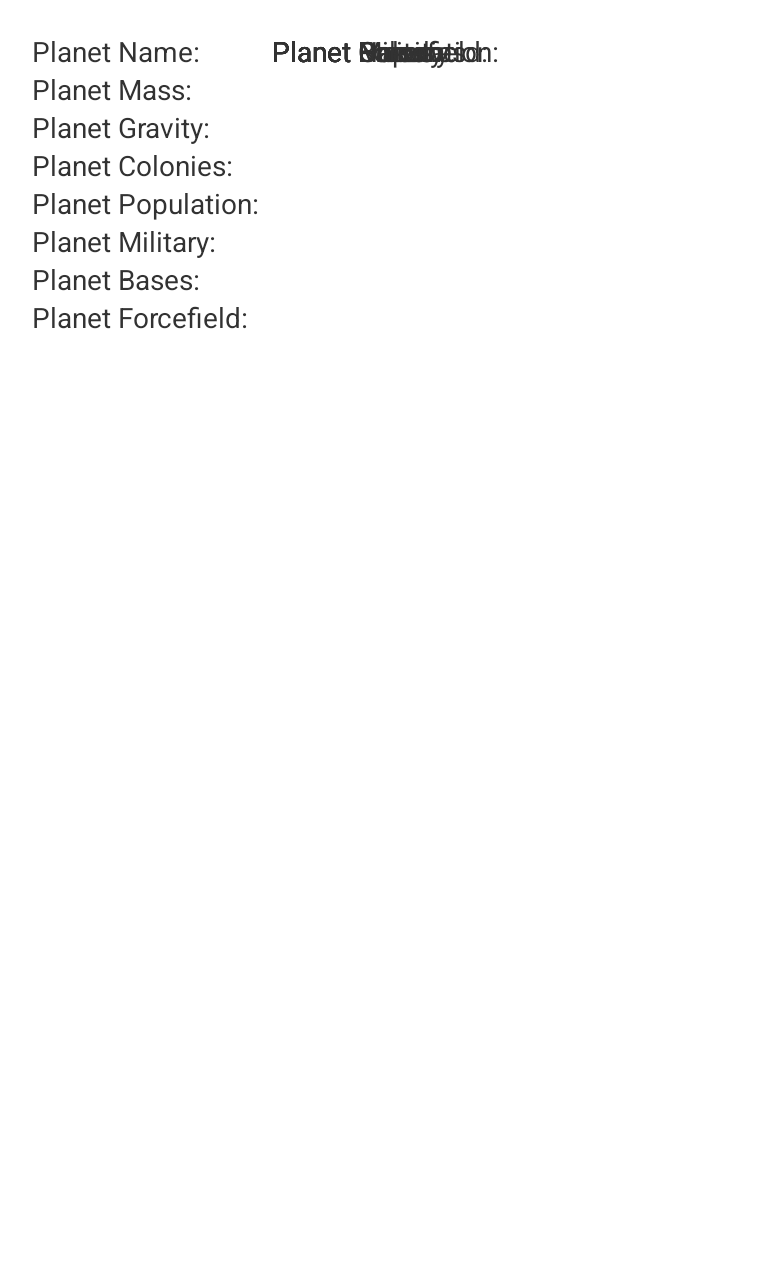
Repository: blender-head/android_basic
Layout: Hello_World/res/layout/activity_main.xml
These files come from the project's save history. The layout is drawn as it stood at one moment and after a run of saves; the edit follows.
It is drawn on a 768 x 1280 px phone screen (xhdpi) without system bars, with theme AppTheme; the app's code is not run. The app's manifest (not shown) leaves right-to-left support off. So textAlignment, textDirection and layoutDirection are ignored, and left and right values win over start and end ones.

Above is the layout before, as saved 2013-12-31 16:24:42.

### Hello_World/res/layout/activity_main.xml
<RelativeLayout xmlns:android="http://schemas.android.com/apk/res/android"
    xmlns:tools="http://schemas.android.com/tools"
    android:layout_width="match_parent"
    android:layout_height="match_parent"
    android:paddingBottom="@dimen/activity_vertical_margin"
    android:paddingLeft="@dimen/activity_horizontal_margin"
    android:paddingRight="@dimen/activity_horizontal_margin"
    android:paddingTop="@dimen/activity_vertical_margin"
    tools:context=".MainActivity" >

    <!-- Planet Name label -->
	<TextView
        android:id="@+id/textView1"
        android:layout_width="wrap_content"
        android:layout_height="wrap_content"
        android:text="@string/planet_name_label" />

	<!-- Planet Name data -->
	<TextView
        android:id="@+id/dataView1"
        android:layout_toRightOf="@+id/textView1"
        android:layout_marginLeft="36dip"
        android:layout_width="wrap_content"
        android:layout_height="wrap_content"
        android:text="@string/planet_name_label" />

	<!-- Planet Mass label -->
	<TextView
        android:id="@+id/textView2"
        android:layout_below="@+id/textView1"
        android:layout_width="wrap_content"
        android:layout_height="wrap_content"
        android:text="@string/planet_mass_label" />

	<!-- Planet Mass data -->
	<TextView
        android:id="@+id/dataView2"
        android:layout_toRightOf="@+id/textView2"
        android:layout_alignStart="@+id/dataView1"
        android:layout_alignBelow="@+id/dataView1"
        android:layout_width="wrap_content"
        android:layout_height="wrap_content"
        android:text="@string/planet_mass_label" />

	<!-- Planet Gravity label -->
	<TextView
        android:id="@+id/textView3"
        android:layout_below="@+id/textView2"
        android:layout_width="wrap_content"
        android:layout_height="wrap_content"
        android:text="@string/planet_gravity_label" />

	<!-- Planet Gravity data -->
	<TextView
        android:id="@+id/dataView3"
        android:layout_toRightOf="@+id/textView3"
        android:layout_alignStart="@+id/dataView2"
        android:layout_alignBelow="@+id/dataView2"
        android:layout_width="wrap_content"
        android:layout_height="wrap_content"
        android:text="@string/planet_gravity_label" />

	<!-- Planet Colonies label -->
	<TextView
        android:id="@+id/textView4"
        android:layout_below="@+id/textView3"
        android:layout_width="wrap_content"
        android:layout_height="wrap_content"
        android:text="@string/planet_colonies_label" />

	<!-- Planet Colonies data -->
	<TextView
        android:id="@+id/dataView4"
        android:layout_toRightOf="@+id/textView4"
        android:layout_alignStart="@+id/dataView3"
        android:layout_alignBelow="@+id/dataView3"
        android:layout_width="wrap_content"
        android:layout_height="wrap_content"
        android:text="@string/planet_colonies_label" />

	<!-- Planet Poulation label -->
	<TextView
        android:id="@+id/textView5"
        android:layout_below="@+id/textView4"
        android:layout_width="wrap_content"
        android:layout_height="wrap_content"
        android:text="@string/planet_population_label" />

	<!-- Planet Poulation data -->
	<TextView
        android:id="@+id/dataView5"
        android:layout_toRightOf="@+id/textView5"
        android:layout_alignStart="@+id/dataView4"
        android:layout_alignBelow="@+id/dataView4"
        android:layout_width="wrap_content"
        android:layout_height="wrap_content"
        android:text="@string/planet_population_label" />

	<!-- Planet Military label -->
	<TextView
        android:id="@+id/textView6"
        android:layout_below="@+id/textView5"
        android:layout_width="wrap_content"
        android:layout_height="wrap_content"
        android:text="@string/planet_military_label" />

	<!-- Planet Military data -->
	<TextView
        android:id="@+id/dataView6"
        android:layout_toRightOf="@+id/textView6"
        android:layout_alignStart="@+id/dataView5"
        android:layout_alignBelow="@+id/dataView5"
        android:layout_width="wrap_content"
        android:layout_height="wrap_content"
        android:text="@string/planet_military_label" />

	<!-- Planet Base label -->
	<TextView
        android:id="@+id/textView7"
        android:layout_below="@+id/textView6"
        android:layout_width="wrap_content"
        android:layout_height="wrap_content"
        android:text="@string/planet_bases_label" />

	<!-- Planet Base data -->
	<TextView
        android:id="@+id/dataView7"
        android:layout_toRightOf="@+id/textView7"
        android:layout_alignStart="@+id/dataView6"
        android:layout_alignBelow="@+id/dataView6"
        android:layout_width="wrap_content"
        android:layout_height="wrap_content"
        android:text="@string/planet_bases_label" />

	<!-- Planet Force Field label -->
	<TextView
        android:id="@+id/textView8"
        android:layout_below="@+id/textView7"
        android:layout_width="wrap_content"
        android:layout_height="wrap_content"
        android:text="@string/planet_forcefield_label" />

	<!-- Planet Force Field data -->
	<TextView
        android:id="@+id/dataView8"
        android:layout_toRightOf="@+id/textView8"
        android:layout_alignStart="@+id/dataView7"
        android:layout_alignBelow="@+id/dataView7"
        android:layout_width="wrap_content"
        android:layout_height="wrap_content"
        android:text="@string/planet_forcefield_label" />

</RelativeLayout>

### Hello_World/res/values/strings.xml
<?xml version="1.0" encoding="utf-8"?>
<resources>

    <string name="app_name">Hello_World</string>
    <string name="action_settings">Settings</string>
    <string name="hello_world">Hello world!</string>

    <string name="planet_name_label">Planet Name: </string>
	<string name="planet_mass_label">Planet Mass: </string>
	<string name="planet_gravity_label">Planet Gravity: </string>
	<string name="planet_colonies_label">Planet Colonies: </string>
	<string name="planet_population_label">Planet Population: </string>
	<string name="planet_military_label">Planet Military: </string>
	<string name="planet_bases_label">Planet Bases: </string>
	<string name="planet_forcefield_label">Planet Forcefield: </string>

</resources>

Loaded but not shown: Hello_World/res/values/styles.xml (common file); Hello_World/res/values-v11/styles.xml (common file); Hello_World/res/values-v14/styles.xml (common file); Hello_World/res/values/dimens.xml (common file)

After the next 3 saves:
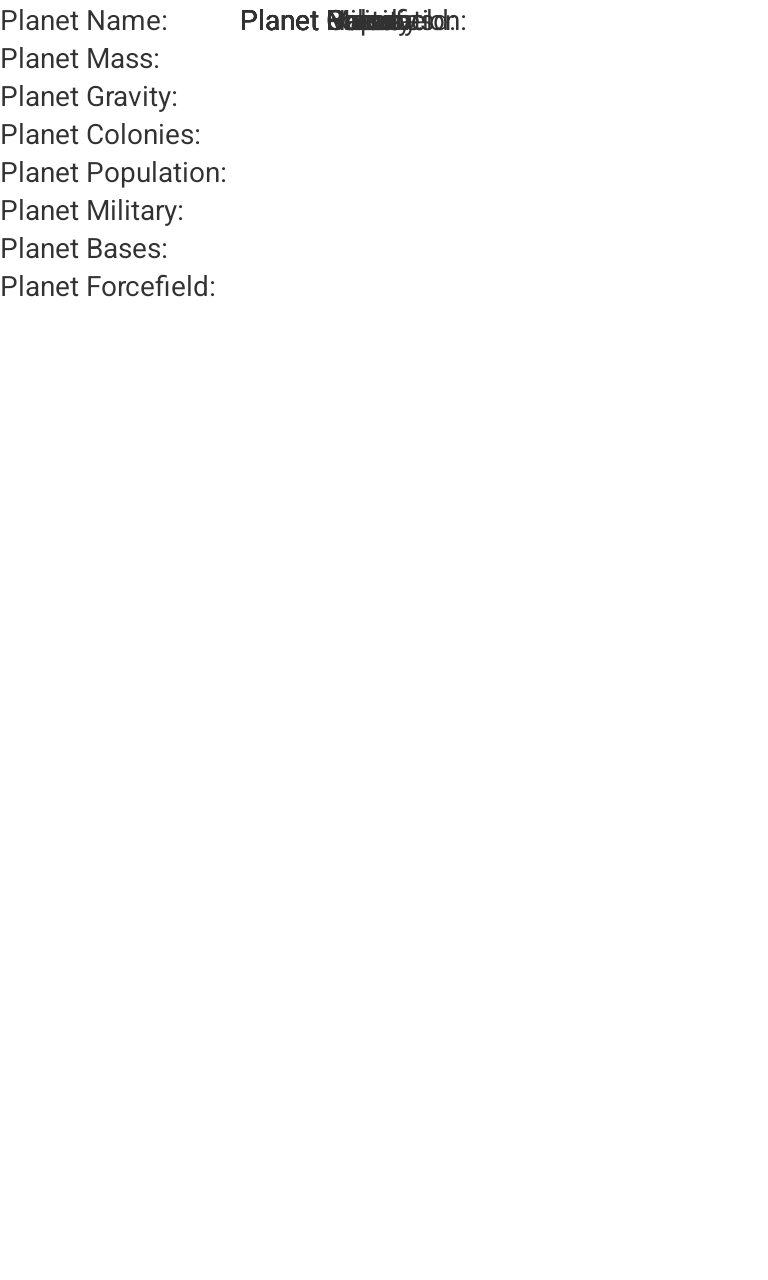
The 3 saves are shown as one change because 2 did not build or start.
The last was saved 3 min 52 s later.
--- a/Hello_World/res/layout/activity_main.xml
+++ b/Hello_World/res/layout/activity_main.xml
@@ -2,10 +2,6 @@
     xmlns:tools="http://schemas.android.com/tools"
     android:layout_width="match_parent"
     android:layout_height="match_parent"
-    android:paddingBottom="@dimen/activity_vertical_margin"
-    android:paddingLeft="@dimen/activity_horizontal_margin"
-    android:paddingRight="@dimen/activity_horizontal_margin"
-    android:paddingTop="@dimen/activity_vertical_margin"
     tools:context=".MainActivity" >
 
     <!-- Planet Name label -->
@@ -37,7 +33,6 @@
         android:id="@+id/dataView2"
         android:layout_toRightOf="@+id/textView2"
         android:layout_alignStart="@+id/dataView1"
-        android:layout_alignBelow="@+id/dataView1"
         android:layout_width="wrap_content"
         android:layout_height="wrap_content"
         android:text="@string/planet_mass_label" />
@@ -55,7 +50,6 @@
         android:id="@+id/dataView3"
         android:layout_toRightOf="@+id/textView3"
         android:layout_alignStart="@+id/dataView2"
-        android:layout_alignBelow="@+id/dataView2"
         android:layout_width="wrap_content"
         android:layout_height="wrap_content"
         android:text="@string/planet_gravity_label" />
@@ -73,7 +67,6 @@
         android:id="@+id/dataView4"
         android:layout_toRightOf="@+id/textView4"
         android:layout_alignStart="@+id/dataView3"
-        android:layout_alignBelow="@+id/dataView3"
         android:layout_width="wrap_content"
         android:layout_height="wrap_content"
         android:text="@string/planet_colonies_label" />
@@ -91,7 +84,6 @@
         android:id="@+id/dataView5"
         android:layout_toRightOf="@+id/textView5"
         android:layout_alignStart="@+id/dataView4"
-        android:layout_alignBelow="@+id/dataView4"
         android:layout_width="wrap_content"
         android:layout_height="wrap_content"
         android:text="@string/planet_population_label" />
@@ -109,7 +101,6 @@
         android:id="@+id/dataView6"
         android:layout_toRightOf="@+id/textView6"
         android:layout_alignStart="@+id/dataView5"
-        android:layout_alignBelow="@+id/dataView5"
         android:layout_width="wrap_content"
         android:layout_height="wrap_content"
         android:text="@string/planet_military_label" />
@@ -127,7 +118,6 @@
         android:id="@+id/dataView7"
         android:layout_toRightOf="@+id/textView7"
         android:layout_alignStart="@+id/dataView6"
-        android:layout_alignBelow="@+id/dataView6"
         android:layout_width="wrap_content"
         android:layout_height="wrap_content"
         android:text="@string/planet_bases_label" />
@@ -145,7 +135,6 @@
         android:id="@+id/dataView8"
         android:layout_toRightOf="@+id/textView8"
         android:layout_alignStart="@+id/dataView7"
-        android:layout_alignBelow="@+id/dataView7"
         android:layout_width="wrap_content"
         android:layout_height="wrap_content"
         android:text="@string/planet_forcefield_label" />
